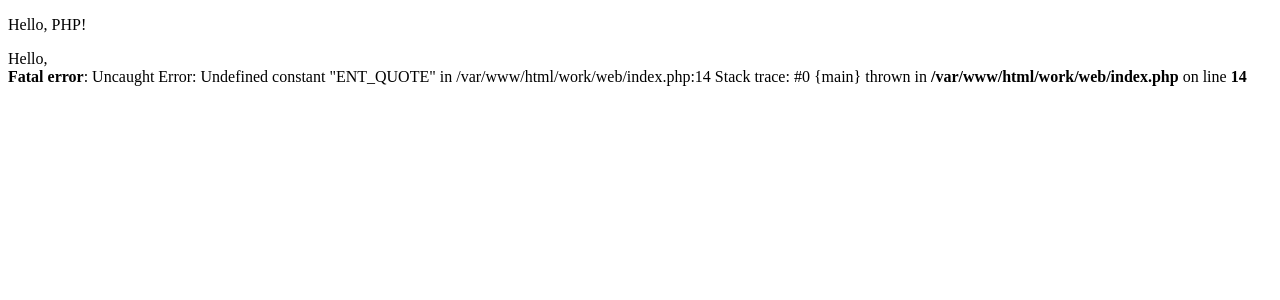
Repository: posse-ap/gen2.0-Karen-812
Page: http://localhost/work/web/index.php
The author's editor kept a copy of each file at every save. The page is drawn from the files as they stood at one save, then again after the next save.
The browser window is 1280 px wide. The pictures show the whole page.
The page is run by PHP 8.4 with error messages shown; the project is at /var/www/html/.

Above is the page before, as saved 2021-12-23 12:13:56.

After the next save:
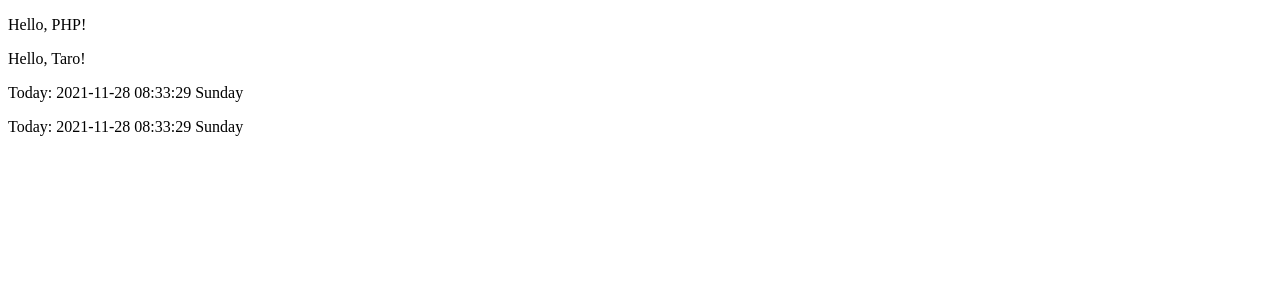
Saved 6 s later.
--- a/basic_php_webdev-master/work/web/index.php
+++ b/basic_php_webdev-master/work/web/index.php
@@ -11,7 +11,7 @@
 </head>
 <body>
   <p>Hello, PHP!</p>
-  <p>Hello, <?= htmlspecialchars($name, ENT_QUOTE) ?>!</p>
+  <p>Hello, <?= htmlspecialchars($name, ENT_QUOTES) ?>!</p>
   <p>Today: <?= date('Y-m-d H:i:s l'); ?></p>
   <p>Today: <?= $today; ?></p>
 </body>
